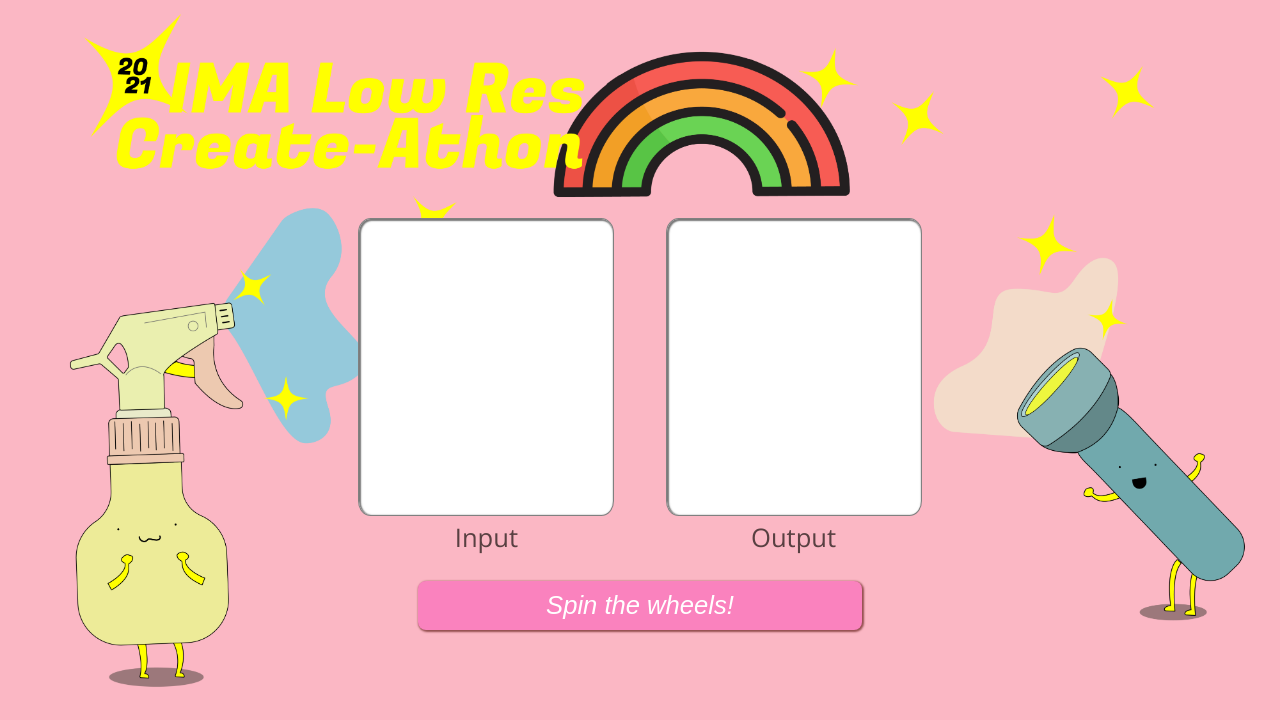
Repository: fakebrianho/IMA-Low-Res-Create-Athon-2022
Page: docs/project-generator/index.html
The author's editor kept a copy of each file at every save. The page is drawn from the files as they stood at one save, then again after the next save.
The browser window is 1280 px wide. The pictures show the whole page.

Above is the page before, as saved 2022-10-26 23:01:38.
Not found: docs/project-generator/libraries/p5.dom.js
Not found: docs/project-generator/libraries/p5.js
Not found: docs/project-generator/libraries/p5.sound.js

### docs/project-generator/index.html
<!DOCTYPE html>
<html>

<head>
  <script src="libraries/p5.js"></script>
  <script src="libraries/p5.dom.js"></script>
  <script src="libraries/p5.sound.js"></script>
  <link href="https://fonts.googleapis.com/css2?family=Open+Sans:ital,wght@0,300;0,400;0,600;0,700;0,800;1,300;1,400;1,600;1,700;1,800&display=swap" rel="stylesheet">
  <link rel="stylesheet" type="text/css" href="style.css">
  <meta charset="utf-8">
  <title>Create-Athon Project Generator</title>
</head>

<body>
  <header>

  </header>

  <section>

    <div id="wheel-container">

      <div class="prompt" id="input-prompt">
      <div class="changing-segment" >
          <div id="inputs">
          </div>
        </div>
        <div class="prompt-label" id="input-label">Input</div>
      </div>

      <div class="prompt" id="output-prompt">
      <div class="changing-segment">
        <div id="outputs">
        </div>
      </div>
      <div class="prompt-label" id="output-label">Output</div>
      </div>

    </div>

    <div id="button-container">
      <button> Spin the wheels! </button>
    </div>

  </section>

  <script src="sketch.js"></script>
  <script src="wheel.js"></script>

</body>

</html>

### docs/project-generator/style.css
html,
body {
  margin: 0;
  padding: 0;
  width: 100%;
  height: 100%;
  box-sizing: border-box;
  font-family: 'Open Sans', sans-serif;
}

section {
  width: 100%;
  height: 100%;
  position: absolute;
  background-image: url("image/poster.png");
  background-size: 100% 100%;
}

p {
  position: relative;
  overflow: hidden;
  overflow-x: auto;
}

#wheel-container {
  display: flex;
  justify-content: center;
  margin-top: 15%;
  overflow: hidden;
}

.prompt {
  display: flex;
  flex-direction: column;
  width: 20%;
  padding: 2%;
  text-align: center;
  overflow: hidden;
}

.changing-segment {
  box-shadow: 1px 1px 1.5px 1px #777 inset;
  border-radius: 5%;
  border-style: groove;
  border-color: gray;
  border-width: 1px;
  position: relative;
  overflow: none;
  background-color: #fff;
  color: black;
  height: 17rem;
  padding: 1rem 0 0.5rem 0;
  font-size: 1.2rem;
  line-height: 1.55rem;
}

#inputs,
#outputs {
  padding: 5%;
}

.prompt-label {
  color: #594042;
  margin-top: 0.3rem;
  font-size: 1.6rem;
}

#button-container {
  margin-top: 0%;
  text-align: center;
}

button {
  background: #fa82be;
  /* background: #96c8dc; */
  cursor: pointer;
  box-shadow: 1px 1px 2px 1px rgb(148, 79, 79);
  color: white;
  border-width: 0px;
  border-radius: 0.5rem;
  padding: 0.8% 10% 0.8% 10%;
  font-size: 1.6rem;
  font-weight: 400;
  font-style: italic;
}

### docs/presentation-order/sketch.js
let spinButton;
let data;
let inputWheel, outputWheel;
let clickSound, endSound, gameShow;
let isSpinning = false;
let resourcesAvailable = false;

function preload() {
  data = loadJSON('data/generator.json');
  //sounds are public domain
  clickSound = loadSound('sound/faded_sine.mp3');
  endSound = loadSound('sound/Electronic_Chime-KevanGC-495939803.mp3');
  // maybe not this sound?
  gameShow = loadSound('sound/gameshow_short.mp3');
}

function windowResized(){
  resizeCanvas(windowWidth, windowHeight);
}

function setup() {
  frameRate(60);

  clickSound.setVolume(0.4);
  gameShow.setVolume(0.5);

  inputWheel = new Wheel(
    '#inputs',
    data.input
  );
  outputWheel = new Wheel(
    '#outputs',
    data.output
  );

  spinButton = select('button');
  spinButton.mouseClicked(startSpin);
}

function draw() {

  // workaround, see line 69
  // if (inputWheel.spin) {
  //   // inputWheel.move();
  // }
  if (outputWheel.spin) {
    outputWheel.move();
  }

  if(isSpinning){
    if(inputWheel.difference == 0 && outputWheel.difference == 0){
      endSound.play();
      setTimeout(() => {  gameShow.play(); }, 100);
      isSpinning = false;
    }
  }

}

function startSpin(

  clickEvent,
  targetInput = floor(random(data.input.length)),
  targetOutput = floor(random(data.output.length)),

) {
  isSpinning = true;

  // inputWheel.target = targetInput; // not the target that displays!!
  // inputWheel.spin = true;
  inputWheel.update(targetInput);
  // inputWheel.resetAriaHidden();

  outputWheel.target = targetOutput;
  outputWheel.spin = true;
  outputWheel.resetAriaHidden();

  // console.log(
  //   'make a something where the input is ' +
  //     data.input[targetInput] +
  //     ' and an output is ' +
  //     data.output[targetOutput]
  // );

  // remove data from array here
  console.log(data.input[targetInput]);
  data.input.splice(targetInput, 1);
  console.log(data.input);
}

### docs/project-generator/wheel.js
class Wheel {
    constructor(parentID, data, count = 5, startIndex = 0) {
        this.count = count;
        this.data = data;
        this.numOfCycles = Math.floor(random(2,4));
        this.startIndex = startIndex;
        this.currentIndex = this.startIndex - this.data.length*this.numOfCycles;
        this.parentID = parentID;
        this.elements = [];
        this.position = [];
        this.target = startIndex;
        this.speed = 5;
        this.difference = 0;

        for (let i = 0; i < this.count; i++) {
            this.elements[i] = createP(this.data[(this.startIndex + i - floor(this.count / 2)) % this.data.length]);
            this.elements[i].parent(this.parentID);
            this.elements[i].attribute('aria-hidden', true);
            this.elements[i].style('color', rgbToHex(int(random(120)), int(random(120)), int(random(120))));
            this.position[i] = this.elements[i].position();
            if (i == floor(this.count / 2)) {
                this.elements[i].attribute('aria-hidden', false);
            } else {
                this.elements[i].style('visibility', 'hidden');
            }
        }
        // this feels hacky?
        this.startTop = this.position[0].y;
        this.currTop = parseInt(this.elements[0].style('top'));
        this.distanceBetweenElements = this.position[1].y - this.position[0].y;

        this.spin = false;
    }

    resetAriaHidden() {
        for (let i = 0; i < this.count; i++) {
            this.elements[i].attribute('aria-hidden', true);
            this.elements[i].style('visibility', 'visible');
        }
    }
    move() {
        this.currTop -= this.speed;

        this.difference = int(this.target) - int(this.currentIndex);
        this.speed = 60 * abs((this.difference) % (this.data.length*this.numOfCycles*2)) / (this.data.length*this.numOfCycles*2);

        // console.log(this.data[this.target],this.target, this.currentIndex, this.difference, (this.data.length*this.numOfCycles), this.speed);
        if (this.currTop < -this.distanceBetweenElements / 2) {
            clickSound.play();
            this.currentIndex++;
            this.startIndex = this.currentIndex + this.data.length*this.numOfCycles;
            this.startIndex %= this.data.length;
            this.elements[0].remove();
            this.currTop = 0;
            this.elements.splice(0, 1);
            this.elements.push(createP(this.data[(this.data.length + this.startIndex + floor(this.count / 2)) % this.data.length]));
            this.elements[this.elements.length - 1].parent(this.parentID);
            this.elements[this.elements.length - 1].attribute('aria-hidden', true);
            this.elements[this.elements.length - 1].style('color', rgbToHex(int(random(120)), int(random(120)), int(random(120))));
        }
        for (let i = 0; i < this.elements.length; i++) {
            this.elements[i].style('top', this.currTop + 'px');
        }
          if (this.difference == 0) {
            this.spin = false;
            this.numOfCycles = floor(random(2,5));
            this.currentIndex = this.startIndex - this.data.length*this.numOfCycles;
            for (let i = 0; i < this.elements.length; i++) {
                if (i == floor(this.elements.length / 2)) {
                    this.elements[i].attribute('aria-hidden', false);
                    this.elements[i].addClass('wrap');
                } else {
                    this.elements[i].style('visibility', 'hidden');
                }
            }
        }
    }
}

function componentToHex(c) {
    var hex = c.toString(16);
    return hex.length == 1 ? "0" + hex : hex;
}

function rgbToHex(r, g, b) {
    return "#" + componentToHex(r) + componentToHex(g) + componentToHex(b);
}

After the next save:
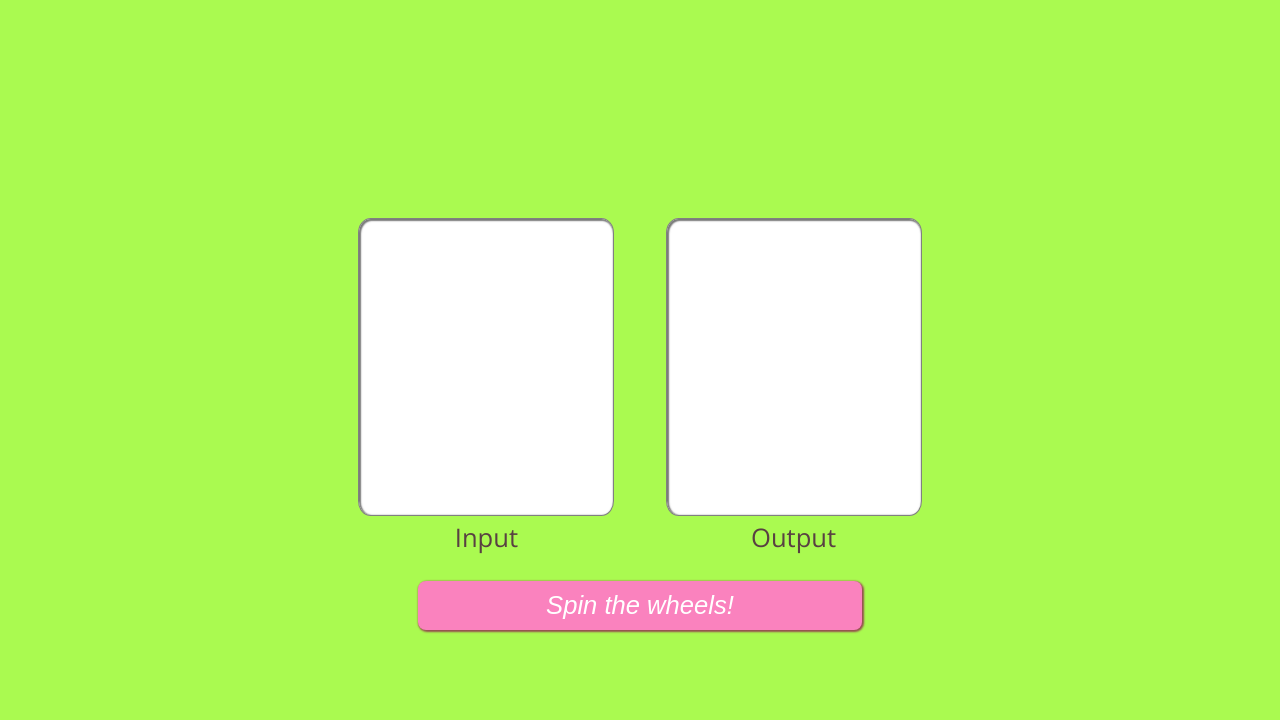
Not found: docs/project-generator/assets/bg_border-bottom.png
Not found: docs/project-generator/assets/bg_border-top.png
Not found: docs/project-generator/assets/bg_gradient.png
Saved 17 min 26 s later.
--- a/docs/project-generator/style.css
+++ b/docs/project-generator/style.css
@@ -1,85 +1,90 @@
 html,
 body {
-  margin: 0;
-  padding: 0;
-  width: 100%;
-  height: 100%;
-  box-sizing: border-box;
-  font-family: 'Open Sans', sans-serif;
+	margin: 0;
+	padding: 0;
+	width: 100%;
+	height: 100%;
+	box-sizing: border-box;
+	font-family: 'Open Sans', sans-serif;
 }
 
 section {
-  width: 100%;
-  height: 100%;
-  position: absolute;
-  background-image: url("image/poster.png");
-  background-size: 100% 100%;
+	width: 100%;
+	height: 100%;
+	position: absolute;
+	background-image: url('image/poster.png');
+	background-size: 100% 100%;
+	background: url(assets/bg_border-top.png), url(assets/bg_border-bottom.png),
+		url(assets/bg_gradient.png), url(assets/bg_texture.png), #aafa50;
+	background-repeat: no-repeat, no-repeat, no-repeat, repeat;
+	background-size: auto 70vh, auto 50vh, 100vw 120vh, 800px auto;
+	background-position: right top, left 50vh, left 25vh, 0 0;
 }
 
 p {
-  position: relative;
-  overflow: hidden;
-  overflow-x: auto;
+	position: relative;
+	overflow: hidden;
+	overflow-x: auto;
 }
 
 #wheel-container {
-  display: flex;
-  justify-content: center;
-  margin-top: 15%;
-  overflow: hidden;
+	display: flex;
+	justify-content: center;
+	margin-top: 15%;
+	overflow: hidden;
 }
 
 .prompt {
-  display: flex;
-  flex-direction: column;
-  width: 20%;
-  padding: 2%;
-  text-align: center;
-  overflow: hidden;
+	display: flex;
+	flex-direction: column;
+	width: 20%;
+	padding: 2%;
+	text-align: center;
+	overflow: hidden;
 }
 
 .changing-segment {
-  box-shadow: 1px 1px 1.5px 1px #777 inset;
-  border-radius: 5%;
-  border-style: groove;
-  border-color: gray;
-  border-width: 1px;
-  position: relative;
-  overflow: none;
-  background-color: #fff;
-  color: black;
-  height: 17rem;
-  padding: 1rem 0 0.5rem 0;
-  font-size: 1.2rem;
-  line-height: 1.55rem;
+	box-shadow: 1px 1px 1.5px 1px #777 inset;
+	border-radius: 5%;
+	border-style: groove;
+	border-color: gray;
+	border-width: 1px;
+	position: relative;
+	overflow: none;
+	background-color: #fff;
+	color: black;
+	height: 17rem;
+	padding: 1rem 0 0.5rem 0;
+	font-size: 1.2rem;
+	line-height: 1.55rem;
 }
 
 #inputs,
 #outputs {
-  padding: 5%;
+	padding: 5%;
 }
 
 .prompt-label {
-  color: #594042;
-  margin-top: 0.3rem;
-  font-size: 1.6rem;
+	color: #594042;
+	margin-top: 0.3rem;
+	font-size: 1.6rem;
 }
 
 #button-container {
-  margin-top: 0%;
-  text-align: center;
+	margin-top: 0%;
+	text-align: center;
 }
 
 button {
-  background: #fa82be;
-  /* background: #96c8dc; */
-  cursor: pointer;
-  box-shadow: 1px 1px 2px 1px rgb(148, 79, 79);
-  color: white;
-  border-width: 0px;
-  border-radius: 0.5rem;
-  padding: 0.8% 10% 0.8% 10%;
-  font-size: 1.6rem;
-  font-weight: 400;
-  font-style: italic;
+	background: #fa82be;
+	/* background: #96c8dc; */
+	cursor: pointer;
+	box-shadow: 1px 1px 2px 1px rgb(148, 79, 79);
+	color: white;
+	border-width: 0px;
+	border-radius: 0.5rem;
+	padding: 0.8% 10% 0.8% 10%;
+	font-size: 1.6rem;
+	font-weight: 400;
+	font-style: italic;
 }

After the 3 saves that followed:
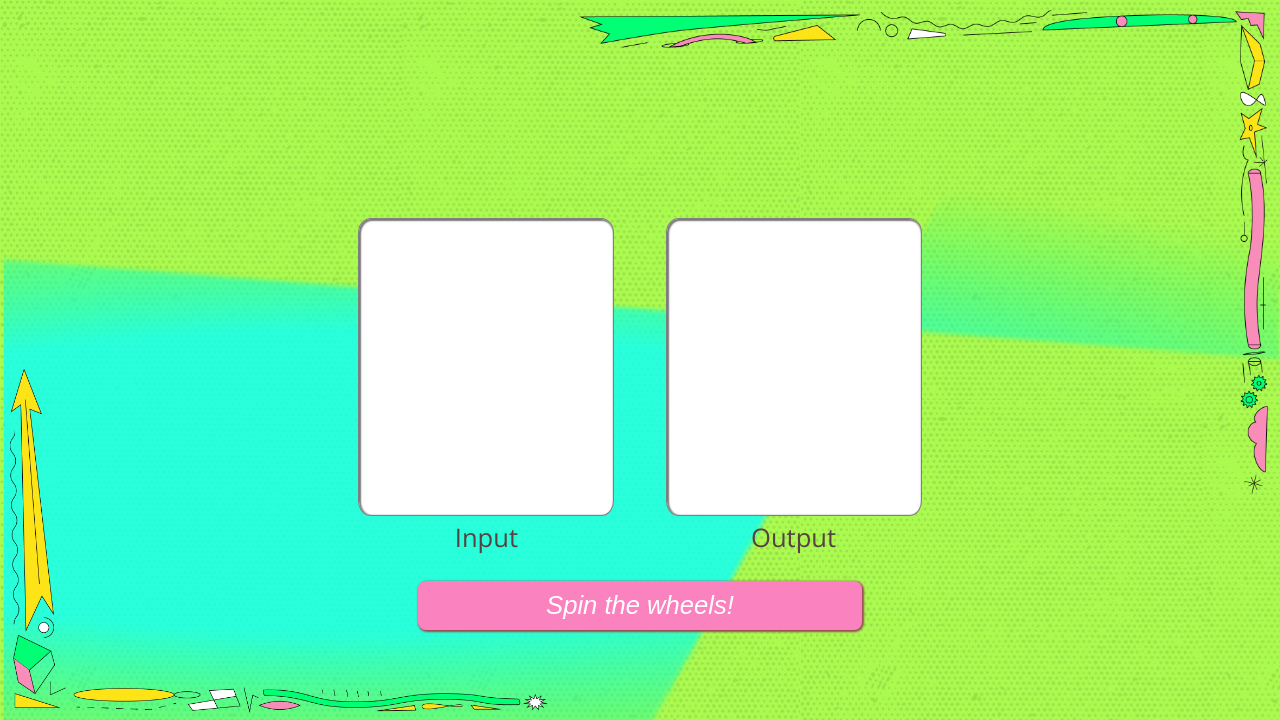
The 3 saves are shown as one change because 1 left the picture as it was and some came seconds apart.
The last was saved 63 s later.
--- a/docs/project-generator/style.css
+++ b/docs/project-generator/style.css
@@ -12,10 +12,10 @@
 	width: 100%;
 	height: 100%;
 	position: absolute;
-	background-image: url('image/poster.png');
-	background-size: 100% 100%;
-	background: url(assets/bg_border-top.png), url(assets/bg_border-bottom.png),
-		url(assets/bg_gradient.png), url(assets/bg_texture.png), #aafa50;
+	/* background-image: url('image/poster.png'); */
+	background: url(image/bg_border-top.png), url(image/bg_border-bottom.png),
+		url(image/bg_gradient.png), url(image/bg_texture.png), #aafa50;
+	/* background-size: 100% 100%; */
 	background-repeat: no-repeat, no-repeat, no-repeat, repeat;
 	background-size: auto 70vh, auto 50vh, 100vw 120vh, 800px auto;
 	background-position: right top, left 50vh, left 25vh, 0 0;
